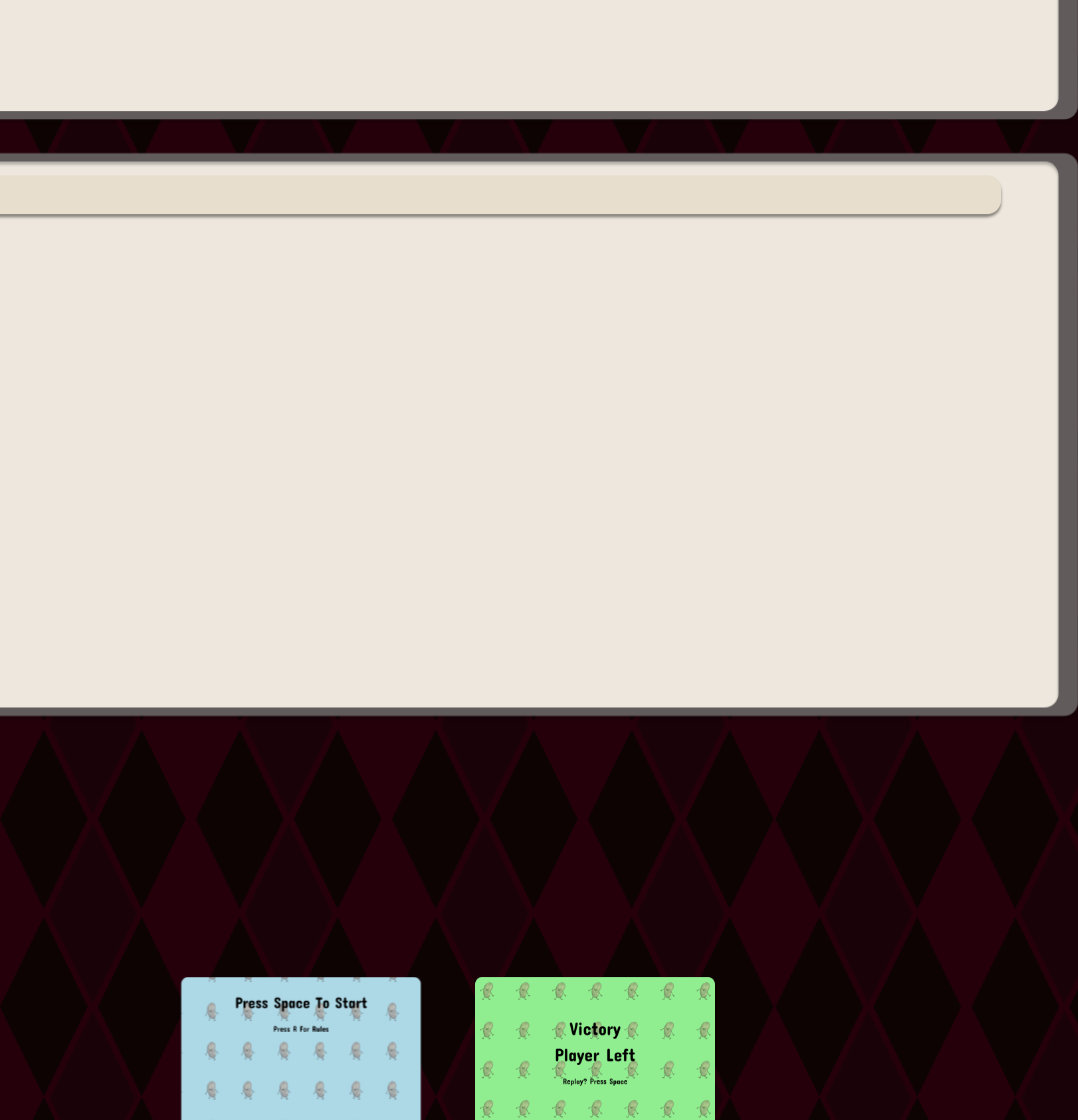
Repository: EMP-ChristinaC/Portfolio
Page: projects/potato-shuffle/potato.html
The author's editor kept a copy of each file at every save. The page is drawn from the files as they stood at one save, then again after the next save.
The browser window is 1280 px wide. The page is 1540 px wide, so the pictures cover 1540 px, including what lies to the right of the window. The pictures show the part of the page from y = 1629 to 3229 px (the page is 6251 px tall before and 6234 px after), at 70% of full size.
Some web fonts or font styles are not loaded; a fallback is used.

Above is the page before, as saved 2024-12-08 19:49:57.

### projects/potato-shuffle/potato.html
<!DOCTYPE html>
<html lang="en">

<head>
    <meta charset="UTF-8">
    <meta name="viewport" content="width=device-width, initial-scale=1.0">
    <title>CC- Project Potato Shuffle</title>
    <!--- ////////////////// OUTSIDE STYLES //////////////////-->


    <!--- ///////////////// GOOGLE FONTS  ////////////////////-->
    <link rel="preconnect" href="https://fonts.googleapis.com">
    <link rel="preconnect" href="https://fonts.gstatic.com" crossorigin>
    <link
        href="https://fonts.googleapis.com/css2?family=Overlock:ital,wght@0,400;0,700;0,900;1,400;1,700;1,900&family=Vast+Shadow&display=swap"
        rel="stylesheet">

    <!--- /////////////// MY STYLES ////////////////-->

    <link rel="stylesheet" href="potato.css">
    <link rel="stylesheet" href="../../nav.css">
    <link rel="stylesheet" href="media-style-phone-potato.css">
    <link rel="stylesheet" href="../../media-style-two.css">
    <link rel="stylesheet" href="media-style-mac-potato.css">

    <!--- //////////////// FAVICON LINKS ///////////////////-->
    <link rel="shortcut icon" href="../../image/logo.png" type="image/x-icon">
    <link rel="icon" href="../../image/logo.png" type="image/x-icon">

</head>

<body class="home-potato">

    <!--- /////////////////////// NAVIGATION /////////////////////-->
    <header class="navigation">
        <img class="nav-background" src="../../image/nav-background.png"
            alt="A decor for the nav, it holds a logo with diamond patterns in the background.">


        <a href="../../index.html " class="nav-home">Stage</a>
        <a href="../../about-page/about.html" class="nav-about">Director</a>
        <a href="../../contact-page/contact.html" class="nav-contact">Contact</a>
        <a href="../../main-project-page/projects.html" class="nav-projects current">Projects</a>
    </header>


    <!--- /////////////////////// ARROW BUTTON /////////////////////-->
    <a href="../../projects/sniffle/sniffle.html"><img src="../../image/left-arrow.png" class="side-button-left" alt="A."></a>


    <a href="../../projects/smash-n-dash/smash.html"><img src="../../image/right-arrow.png" class="side-button-right" alt="A."></a>



    <!--- /////////////////////// BOX OUTLINE ///////////////////////-->
    <div class="box-outline-outside-potato-overview">
        <div class="box-outline-inside-potato-overview"></div>

        <!-- <div class="dia-left-potato">
            <img src="../../image/Dia-bottom-left.png"
                alt="A diamond pattern decor that is placed onto the bottom left of the box outline">
        </div>

        <div class="dia-right-potato">
            <img src="../../image/Dia-top-right.png"
                alt="A diamond pattern decor that is placed onto the bottom left of the box outline">
        </div> -->


    <div class="box-outline-paragraph-potato">
        <div class="details-potato">
            <h2>About:</h2>
            <p>
                A digital coding game inspired by Hot Potato and WarioWare. It takes elements from both games and with
                the help of Makey-Makey, it creates a fun interactive game.
                <!-- <br><br>
                Here are some images of the game. -->
            </p>
        </div>
    </div>


    <div class="box-outline-type-potato">
        <div class="type-potato">
            <p> Project Type:
                <br>
                Interactive Game
                <br><br>
                Date:
                <br>
                December 2023
                <br><br>
                Link:
                <br>
                <a href="https://emp-christinac.github.io/Potato-Shuffle/index.html">Github</a>
                <br><br>
                Role:
                <br>
                Lead Coder
            </p>
        </div>

<!-- <div class="type-two">
    <p>
        Link:
        <br>
        <a href="https://emp-christinac.github.io/Potato-Shuffle/index.html">Github</a>
        <br><br>
        Role:
        <br>
        Lead Coder
    </p>
</div> -->


        <!-- <div class="type-potato-phone">
            <p> Project Type:
                <br>
                Digital Game
                <br><br>
                Date:
                <br>
                December 2023
            </p>
        </div> -->

        <!-- <div class="type-potato-phone-two">
            <p>
                Link:
                <br>
                <a href="https://empxnifl.github.io/Potato-Shuffle/index.html">Github</a>
                <br><br>
                Role:
                <br>
                Lead Coder
            </p>
        </div> -->
    </div>

    <div class="box-outline-credit">
        <div class="credit">
            <p>Credit to:
                <br>
                Roman Lopez [Lead Designer]
                <br>
                Dominic Perron [Lead Interaction]
            </p>
        </div>

        <div class="mc-overview">
            <img src="../../image/Main-Screen.png" alt="A overview of the project Potato Shuffle.">
        </div>

    </div>




    <div class="box-outline-heading-potato">
        <div class="potato-title">
            <h1>Potato Shuffle</h1>
        </div>
    </div>
</div>
    <!--- ////////////////////////-->
    <div class="box-outline-outside-potato-play">
        <div class="box-outline-inside-potato-play"></div>

        <div>
            <div class="play">
                <p>
                </p>
            </div>

    </div>


    <!--- ////////////////////////-->

    <div class="box-outline-outside-potato-progress">
        <div class="box-outline-inside-potato-progress"></div>

        <!-- <div class="dia-left-two-potato">
            <img src="../../image/Dia-bottom-left.png"
                alt="A diamond pattern decor that is placed onto the bottom left of the box outline">
        </div>

        <div class="dia-right-two-potato">
            <img src="../../image/Dia-top-right.png"
                alt="A diamond pattern decor that is placed onto the bottom left of the box outline">
        </div> -->

        <div class="box-outline-heading-two-potato">
            <div class="heading-two">
                <h1>Menu Design</h1>
            </div>
        </div>
        <div class="box-outline-heading-three-potato">
            <div class="heading-three">
                <h1>Sprites</h1>
            </div>
        </div>

        <div class="potato-menu-one">
            <img src="../../image/Home.png" alt="The home screen of the project.">
        </div>


        <div class="potato-menu-two">
            <img src="../../image/Victory.png" alt="The victory screen of the project.">
        </div>

        <!--- ////////////////////////-->

        <div class="potato-sprites">
            <img src="../../image/potato_sway.gif" alt="A potato gif that shows the potato swaying left and right.">
        </div>


        <div class="potato-sprites-two">
            <img src="../../image/Fail.gif" alt="A explosion gif that says boom.">
        </div>

        <div class="potato-sprites-three">
            <img src="../../image/potato_flip.gif" alt="A potato gif that shows the potato fliping.">
        </div>



    </div>


    <!--- ////////////////////////-->

    <div class="box-outline-outside-potato">
        <div class="box-outline-inside-potato"></div>
        <!-- <div class="dia-left-three-potato">
            <img src="../../image/Dia-bottom-left.png"
                alt="A diamond pattern decor that is placed onto the bottom left of the box outline">
        </div>

        <div class="dia-right-three-potato">
            <img src="../../image/Dia-top-right.png"
                alt="A diamond pattern decor that is placed onto the bottom left of the box outline">
        </div> -->


        <div class="box-outline-heading-four-potato">
            <div class="heading-four-potato">
                <h1>Mini-Game Design</h1>
            </div>

            <div class="potato-event-one">
                <img src="../../image/Event-1.png" alt="One of five mini-game from the project. It shows a character running.">
            </div>

            <div class="potato-event-two">
                <img src="../../image/Event-2.png"
                    alt="One of five mini-game from the project. It shows a character shooting at a muffen.">
            </div>


            <div class="potato-event-three">
                <img src="../../image/Event-3.png"
                    alt="One of five mini-game from the project. It shows a potato dropping into a basket.">
            </div>

            <div class="potato-event-four">
                <img src="../../image/Event-4.png"
                    alt="One of five mini-game from the project. It shows a character digging up a potato.">
            </div>


            <div class="potato-event-five">
                <img src="../../image/Event-5.png" alt="One of five mini-game from the project. It shows a potato being peeled.">
            </div>

        </div>

    </div>

    <!--- ////////////////////////-->

    <div class="box-outline-outside-foot">
        <div class="box-outline-inside-foot"></div>

            <footer class="section">
                <p>© 2024 by Christina Chan. Powered and secured by Github</p>

                <div>
                    <a class="github" href="https://github.com/EMP-ChristinaC"> <img src="../../image/Github-icon.png"
                            alt="Github icon image."></a>

                    <a class="twitter" href="https://x.com/EMP_Nifl"> <img src="../../image/Twitter-Icon.png"
                            alt="Twitter icon image."></a>

                    <a class="discord" href="https://discordapp.com/users/456539039286165514"> <img src="../../image/discord-icon.webp"
                            alt="Discord icon image."></a>

                    <a class="linkedin" href="https://www.linkedin.com/in/christina-chan-290a29323/"> <img src="../../image/Linkedin-icon.webp"
                            alt="Linkedin icon image."></a>
                </div>

            </footer>
    </div>
    <!--- /////////////////////// DECOR  ///////////////////////-->


    <!-- <div class="left-curtain">
        <img src="../../image/curtains-left.png" alt="A curtain decor that is placed on the left side of the website.">
    </div>

    <div class="right-curtain">
        <img src="../../image/curtain-right.png" alt="A curtain decor that is placed on the right side of the website.">
    </div> -->

    <!--- /////////////////////// TEXT ///////////////////////-->


    <!--- /////////////////////// IMAGES ///////////////////////-->


    <!--- ////////////////////////-->




    <!--- ////////////////////////-->



</body>

</html>

### projects/potato-shuffle/potato.css

/*///////////////////////////////// Box Outline ////////////////////////////*/
.box-outline-outside-potato-overview,
.box-outline-outside-potato-progress,
.box-outline-outside-potato-play {
    width: 1800px;
    height: 804px;
    background: rgba(98, 91, 92);
    box-shadow: 0px 4px 4px rgba(0, 0, 0, 0.25);
    border-radius: 20px;
}

.box-outline-outside-potato-overview {
    position: absolute;
    top: 50%;
    left: 50%;
    transform: translate(-50%, -27%);
}

.box-outline-outside-potato-play {
    position: absolute;
    top: 50%;
    left: 50%;
    transform: translate(-50%, 79%);
}

.box-outline-outside-potato-progress {
    position: absolute;
    top: 50%;
    left: 50%;
    transform: translate(-50%, 56%);
}

/*//////////////////////////////////*/


.box-outline-outside-potato {
    width: 1800px;
    height: 990px;
    background: rgba(98, 91, 92);
    box-shadow: 0px 4px 4px rgba(0, 0, 0, 0.25);
    border-radius: 20px;
}

.box-outline-outside-potato {
    position: absolute;
    top: 50%;
    left: 50%;
    transform: translate(-50%, 2340px);
}



/*//////////////////////////////////////////////////////////////////////////////*/

.box-outline-inside-potato-overview,
.box-outline-inside-potato-progress,
.box-outline-inside-potato-play {
    width: 1745px;
    height: 780px;
    background: #EDE7DD;
    box-shadow: 0px 4px 4px rgba(0, 0, 0, 0.25) inset;
    border-radius: 20px;
}

.box-outline-inside-potato-play {
    position: absolute;
    top: 1.5%;
    left: 1.5%;
}

.box-outline-inside-potato-overview {
    position: absolute;
    top: 1.5%;
    left: 1.5%;
    /* transform: translate(-50%, -26.3%); */
}


.box-outline-inside-potato-progress {
    position: absolute;
    top: 1.5%;
    left: 1.5%;
    /* transform: translate(-50%, 84%); */
}


.box-outline-inside-potato {
    width: 1745px;
    height: 960px;
    background: #EDE7DD;
    box-shadow: 0px 4px 4px rgba(0, 0, 0, 0.25) inset;
    border-radius: 20px;
}

.box-outline-inside-potato {
    position: absolute;
    top: 1.5%;
    left: 1.5%;
    /* transform: translate(-50%, 1506px); */
}



/*///////////////////////////HEADING BOX////////////////////////////*/



.box-outline-heading-potato {
    width: 1700px;
    height: 20px;
    background: #E7DECD;
    box-shadow: 0px 4px 4px rgba(0, 0, 0, 0.25);
    border-radius: 20px;
    z-index: 1;
}

.box-outline-heading-potato {
    position: absolute;
    top: 28%;
    left: 50%;
    transform: translate(-50%, -920%);
}



.box-outline-heading-two-potato,
.box-outline-heading-three-potato,
.box-outline-heading-four-potato {
    height: 55px;
    background: #E7DECD;
    box-shadow: 0px 4px 4px rgba(0, 0, 0, 0.25);
    border-radius: 20px;
    z-index: 1;
    position: absolute;
    top: 4%;
    left: 5%;
    width: 1600px;
}

.box-outline-heading-two-potato {
    /* transform: translate(-50%, 1270%); */

}

.box-outline-heading-three-potato {
    /* transform: translate(-50%, 1900%); */

}

.box-outline-heading-four-potato {
    /* transform: translate(-50%, 2800%); */

}

.box-outline-heading-five-potato {
    /* transform: translate(-50%, 3450%); */

}

/*/////////////////////////////////////*/

.box-outline-paragraph-potato,
.box-outline-type-potato,
.box-outline-credit {
    /* background: #E7DECD;
    box-shadow: 0px 4px 4px rgba(0, 0, 0, 0.25);
    border-radius: 20px; */
    position: absolute;
    top: 50%;
    left: 30%;
}


.box-outline-paragraph-potato {
    width: 375px;
    height: 330px;
    transform: translate(-116%, -10%);
    z-index: 1;
}


.box-outline-type-potato {
    width: 375px;
    height: 200px;
    transform: translate(-116%, 90%);
    z-index: 1;
}

.box-outline-credit {
    width: 375px;
    height: 60px;
    transform: translate(-30%, 350%);
    z-index: 1;
}



/*/////////////////////////////////////*/

.box-outline-outside-foot {
    width: 100%;
    height: 200px;
    background: rgba(98, 91, 92);
    box-shadow: 0px 4px 4px rgba(0, 0, 0, 0.25);
    border-radius: 20px 20px 0 0;
    position: absolute;
    top: 50%;
    left: 50%;
    transform: translate(-50%, 1690%);
}

/*/////////////////////////////////////*/

.box-outline-inside-foot {
    width: 99%;
    height: 185px;
    position: absolute;
    background: #EDE7DD;
    box-shadow: 0px 4px 4px rgba(0, 0, 0, 0.25) inset;
    border-radius: 20px 20px 0 0;
    position: absolute;
    /* transform: translate(-50%, 1359%); */
    top: 8%;
    left: 0.5%;
}



/*///////////////////////////////// Decor ////////////////////////////*/

.dia-left-potato img {
    position: absolute;
    top: 27%;
    left: 50%;
    transform: translate(-384%, 205%);
}

.dia-right-potato img {
    position: absolute;
    top: 27%;
    right: 50%;
    transform: translate(385%, -107%);
}

/*//////////////////////////////////////////////////////////////////////*/

.dia-left-two-potato img {
    position: absolute;
    top: -80%;
    left: 50%;
    transform: translate(-384%, 656%);
}

.dia-right-two-potato img {
    position: absolute;
    top: -80%;
    right: 50%;
    transform: translate(385%, 344%);
}

/*/////////////////////////////////////*/

.dia-left-three-potato img {
    position: absolute;
    top: -186%;
    left: 50%;
    transform: translate(-384%, 1378%);
}

.dia-right-three-potato img {
    position: absolute;
    top: -186%;
    right: 50%;
    transform: translate(385%, 972%);
}

/*/////////////////////////////////////*/

.left-curtain {
    position: fixed;
    top: 0%;
    left: 11%;
    transform: translate(-100%);
}

.right-curtain {
    position: fixed;
    top: 0%;
    right: 11%;
    transform: translate(100%);
}

/*///////////////////////////////// Heading Text ////////////////////////////*/

.potato-title {
    width: 827px;
    text-align: center;
    color: #FABA84;
    font-size: 25px;
    font-family: Vast Shadow;
    font-weight: 400;
    -webkit-text-stroke: 0.1px #4C0B13;
    z-index: 1;
}

.potato-title {
    position: absolute;
    top: -20%;
    left: -9%;
    /* transform: translate(-50%, -320%); */
}


.heading-two,
.heading-three,
.heading-four-potato {
    width: 827px;
    text-align: center;
    color: #FABA84;
    font-family: Vast Shadow;
    font-weight: 400;
    -webkit-text-stroke: 0.1px #4C0B13;
    z-index: 1;
    position: absolute;
    top: -20%;
    left: -30%;
    font-size: 15px;
}



/*///////////////////////////////// Paragraph Text ////////////////////////////*/

.details-potato p,
.details-potato h2,
.type-potato p,
.type-two p,
.credit p {
    color: #1E1E1E;
    font-family: Overlock;
    font-weight: 900;

}
.details-potato h2 {
    width: 600px;
    font-size: 35px;
    line-height: 32px;
    letter-spacing: 2px;
    position: absolute;
    top: -70%;
    left: 5%;
    z-index: 1;
}

.details-potato p {
    width: 600px;
    font-size: 25px;
    line-height: 32px;
    letter-spacing: 2px;
    position: absolute;
    top: -55%;
    left: 5%;
    z-index: 1;
    /* transform: translate(-90%, -28%); */

}

.type-potato p {
    width: 440px;
    font-size: 25px;
    line-height: 28px;
    letter-spacing: 2px;
    position: absolute;
    top: -100%;
    left: 5%;
    /* transform: translate(-95%, 105%); */
    z-index: 1;

}

.type-two p {
    width: 440px;
    font-size: 25px;
    line-height: 28px;
    letter-spacing: 2px;
    position: absolute;
    top: 0%;
    left: 64%;
    /* transform: translate(-42%, 420%); */
    z-index: 1;
}

.credit p {
    width: 440px;
    font-size: 25px;
    line-height: 32px;
    letter-spacing: 2px;
    position: absolute;
    top: -385%;
    left: 5%;
    /* transform: translate(-42%, 420%); */
    z-index: 1;
}





/*/////////////////////////////////////*/

footer.section {
    text-align: center;
    color: black;
    font-size: 14px;
    font-family: Overlock;
    font-weight: 400;

    width: 500px;
    position: absolute;
    top: 50%;
    left: 50%;
    transform: translate(-53%, 80%);

}

footer.section p {
    width: 100%;
    height: 100%;
    transform: translate(1%, 35%);
}


/*///////////////////////////////// Images ////////////////////////////*/


.mc-overview {
    width: 775px;
    height: 675px;
    position: absolute;
    top: -750%;
    left: 155%;
    overflow: hidden;
    box-shadow: 0px 4px 4px rgba(0, 0, 0, 0.25);
    border-radius: 30px;
    transform: translate(-8%, -11%);
    }



.mc-overview img {
    width: 100%;
    height: 105%;
    object-fit: cover;
    transform: translate(-0%, 0%);

    transition: all 0.3s ease-in-out;
}


.potato {
    width: 258px;
    height: 547px;
    box-shadow: 0px 4px 4px rgba(0, 0, 0, 0.25);
    border-radius: 20px;
    background-position: center;

    position: absolute;
    top: 50%;
    left: 50%;
    transform: translate(70%, 302%);
}

.potato-projects {
    width: 258px;
    height: 547px;
    box-shadow: 0px 4px 4px rgba(0, 0, 0, 0.25);
    border-radius: 20px;
    background-position: center;

    position: absolute;
    top: 50%;
    left: 50%;
    transform: translate(70%, -5%);
}

.potato-menu-one img {
    width: 350px;
    height: 250px;
    position: absolute;
    top: 50%;
    left: 50%;
    transform: translate(-110%, 310%);
}

.potato-menu-two img {
    width: 350px;
    height: 250px;
    position: absolute;
    top: 50%;
    left: 50%;
    transform: translate(10%, 310%);
}


.potato-sprites img {
    width: 300px;
    height: 300px;
    position: absolute;
    top: 50%;
    left: 50%;
    transform: translate(-150%, 370%);
}

.potato-sprites-two img {
    width: 300px;
    height: 300px;
    position: absolute;
    top: 50%;
    left: 50%;
    transform: translate(-50%, 370%);
}

.potato-sprites-three img {
    width: 300px;
    height: 300px;
    position: absolute;
    top: 50%;
    left: 50%;
    transform: translate(50%, 370%);
}

.potato-event-one img {
    width: 409px;
    height: 266px;
    position: absolute;
    top: 50%;
    left: 50%;
    transform: translate(-105%, 610%);
}

.potato-event-two img {
    width: 409px;
    height: 266px;
    position: absolute;
    top: 50%;
    left: 50%;
    transform: translate(4%, 610%);
}

.potato-event-three img {
    width: 409px;
    height: 266px;
    position: absolute;
    top: 50%;
    left: 50%;
    transform: translate(-105%, 715%);
}

.potato-event-four img {
    width: 409px;
    height: 266px;
    position: absolute;
    top: 50%;
    left: 50%;
    transform: translate(4%, 715%);
}

.potato-event-five img {
    width: 409px;
    height: 266px;
    position: absolute;
    top: 50%;
    left: 50%;
    transform: translate(-105%, 820%);
}

/*/////////////////////////////////////*/
.github {
    width: 45px;
    height: 45px;
    position: absolute;
    top: 50%;
    left: 50%;
    overflow: hidden;
    box-shadow: 0px 4px 4px rgba(0, 0, 0, 0.25);
    border-radius: 30px;
    transform: translate(-250%, -180%);
}

.github img {
    width: 100%;
    height: 100%;
    object-fit: cover;
    transition: all 0.3s ease-in-out;
    transform: translate(0%, 0%);
}

.twitter {
    width: 45px;
    height: 45px;
    position: absolute;
    top: 50%;
    left: 50%;
    overflow: hidden;
    box-shadow: 0px 4px 4px rgba(0, 0, 0, 0.25);
    border-radius: 30px;
    transform: translate(-100%, -180%);
}

.twitter img {
    width: 100%;
    height: 100%;
    object-fit: cover;
    transition: all 0.3s ease-in-out;
    transform: translate(-0%, -0%);
}


.discord {
    width: 45px;
    height: 45px;
    position: absolute;
    top: 50%;
    left: 50%;
    overflow: hidden;
    box-shadow: 0px 4px 4px rgba(0, 0, 0, 0.25);
    border-radius: 30px;
    transform: translate(50%, -180%);
}

.discord img {
    width: 100%;
    height: 100%;
    object-fit: cover;
    transition: all 0.3s ease-in-out;
    transform: translate(-0%, -0%);
}


.linkedin {
    width: 45px;
    height: 45px;
    position: absolute;
    top: 50%;
    left: 50%;
    overflow: hidden;
    box-shadow: 0px 4px 4px rgba(0, 0, 0, 0.25);
    border-radius: 30px;
    transform: translate(200%, -180%);
}

.linkedin img {
    width: 100%;
    height: 100%;
    object-fit: cover;
    transition: all 0.3s ease-in-out;
    transform: translate(-0%, -0%);
}

Loaded but not shown: projects/potato-shuffle/media-style-phone-potato.css (424 lines, source omitted); nav.css (208 lines, source omitted); projects/potato-shuffle/media-style-mac-potato.css (93 lines, source omitted); media-style-two.css (11 lines, source omitted)

After the next save:
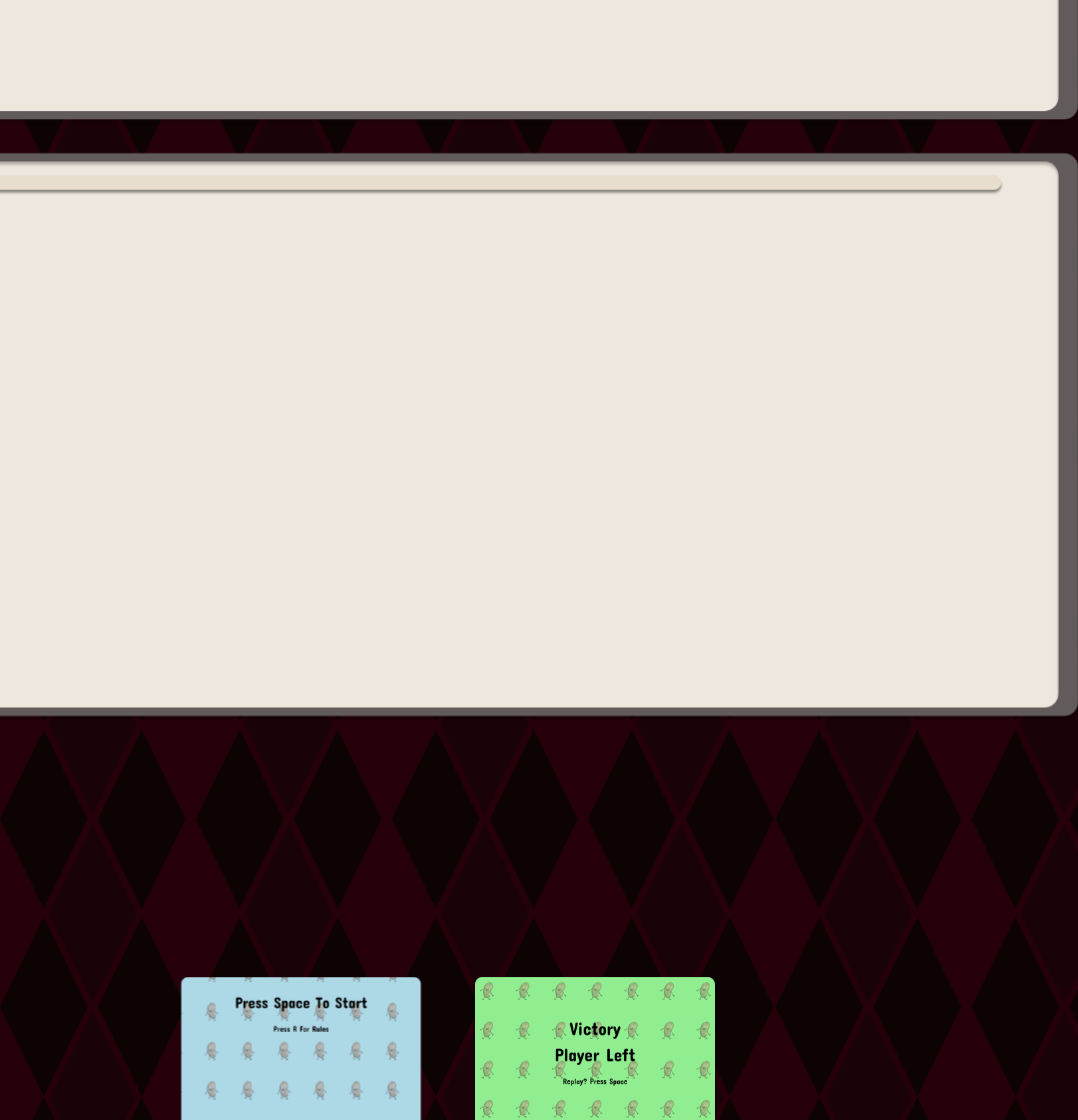
Saved 7 s later.
--- a/projects/potato-shuffle/potato.css
+++ b/projects/potato-shuffle/potato.css
@@ -127,7 +127,7 @@
 .box-outline-heading-two-potato,
 .box-outline-heading-three-potato,
 .box-outline-heading-four-potato {
-    height: 55px;
+    height: 20px;
     background: #E7DECD;
     box-shadow: 0px 4px 4px rgba(0, 0, 0, 0.25);
     border-radius: 20px;
